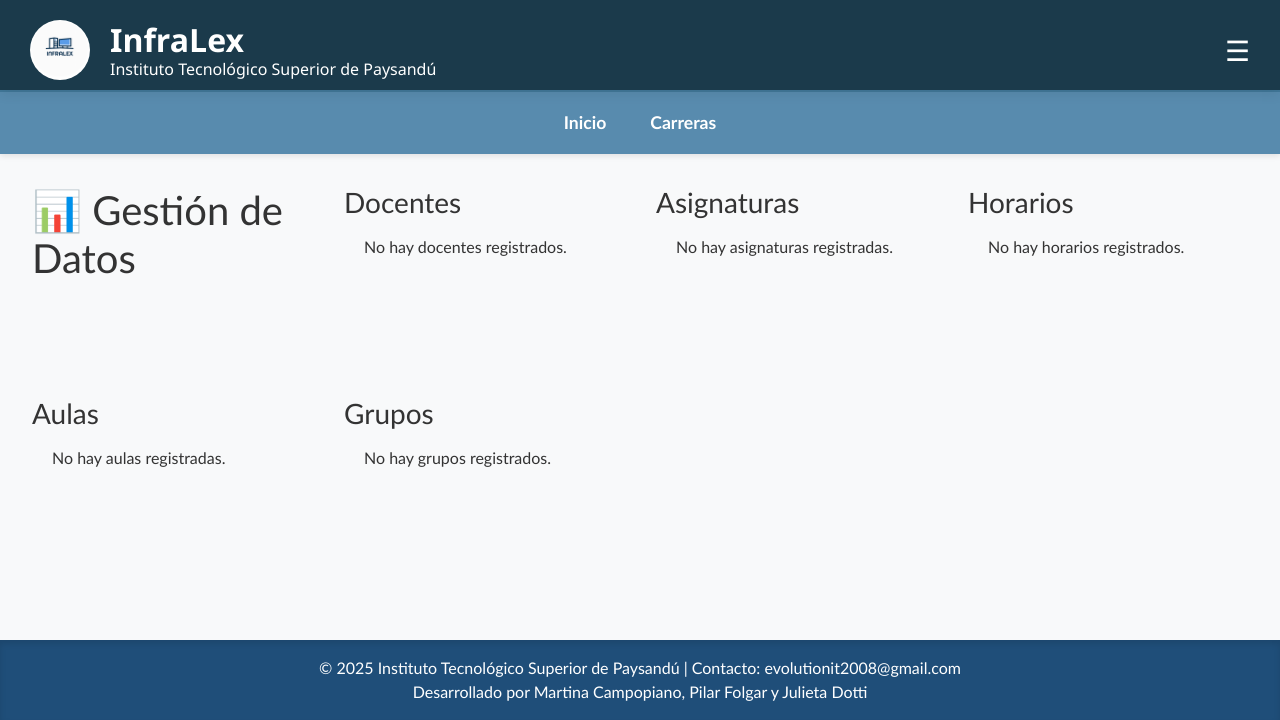
Repository: pilarfolgar/PROYECTO-2025
Page: http://localhost/PROYECTO-2025/indexadministrativoDatos.php
The author's editor kept a copy of each file at every save. The page is drawn from the files as they stood at one save, then again after the next save.
The browser window is 1280 px wide. The pictures show the whole page.
The page is run by PHP 8.4 with error messages shown; the project is at /var/www/html/. Queries for data that is not in the repository find no rows.

Above is the page before, as saved 2025-10-20 08:20:02.

### indexadministrativoDatos.php
<?php
session_start();
require("conexion.php");
$con = conectar_bd();
?>

<!DOCTYPE html>
<html lang="es">
<head>
  <meta charset="UTF-8">
  <meta name="viewport" content="width=device-width, initial-scale=1.0">
  <title>Panel Administrativo - Gestión de Datos</title>
  <link rel="stylesheet" href="https://cdn.jsdelivr.net/npm/bootstrap@5.3.7/dist/css/bootstrap.min.css">
  <link rel="stylesheet" href="style.css">
      <link rel="stylesheet" href="styleindexadministrativo.css">

  <script src="https://cdn.jsdelivr.net/npm/bootstrap@5.3.7/dist/js/bootstrap.bundle.min.js"></script>
  <script src="https://cdn.jsdelivr.net/npm/sweetalert2@11"></script>
</head>
<body>
<?php require("header.php"); ?>

<main class="contenedor">
  <h1 class="mb-4">📊 Gestión de Datos</h1>

  <!-- DOCENTES -->
  <section class="mb-5">
    <h3>Docentes</h3>
    <?php
    $sql = "SELECT * FROM usuario WHERE rol='docente' ORDER BY nombrecompleto";
    $result = $con->query($sql);
    if($result && $result->num_rows > 0):
    ?>
    <div class="table-responsive">
      <table class="table table-bordered table-striped">
        <thead class="table-dark">
          <tr>
            <th>Cédula</th>
            <th>Nombre</th>
            <th>Apellido</th>
            <th>Email</th>
            <th>Teléfono</th>
            <th>Acciones</th>
          </tr>
        </thead>
        <tbody>
        <?php while($row = $result->fetch_assoc()): ?>
          <tr>
            <td><?= $row['cedula'] ?></td>
            <td><?= htmlspecialchars($row['nombrecompleto']) ?></td>
            <td><?= htmlspecialchars($row['apellido']) ?></td>
            <td><?= htmlspecialchars($row['email']) ?></td>
            <td><?= htmlspecialchars($row['telefono']) ?></td>
            <td>
              <a href="editar-docente.php?cedula=<?= $row['cedula'] ?>" class="btn btn-sm btn-primary">Editar</a>
              <a href="eliminar-docente.php?cedula=<?= $row['cedula'] ?>" class="btn btn-sm btn-danger" onclick="return confirm('¿Seguro que deseas eliminar este docente?');">Eliminar</a>
            </td>
          </tr>
        <?php endwhile; ?>
        </tbody>
      </table>
    </div>
    <?php else: ?>
      <p>No hay docentes registrados.</p>
    <?php endif; ?>
  </section>

  <!-- ASIGNATURAS -->
  <section class="mb-5">
    <h3>Asignaturas</h3>
    <?php
    $sql = "SELECT a.*, GROUP_CONCAT(u.nombrecompleto,' ',u.apellido SEPARATOR ', ') AS docentes_asignados
            FROM asignatura a
            LEFT JOIN docente_asignatura da ON a.id_asignatura = da.id_asignatura
            LEFT JOIN usuario u ON da.cedula_docente = u.cedula
            GROUP BY a.id_asignatura
            ORDER BY a.nombre";
    $result = $con->query($sql);
    if($result && $result->num_rows > 0):
    ?>
    <div class="table-responsive">
      <table class="table table-bordered table-striped">
        <thead class="table-dark">
          <tr>
            <th>ID</th>
            <th>Nombre</th>
            <th>Código</th>
            <th>Docentes</th>
            <th>Acciones</th>
          </tr>
        </thead>
        <tbody>
        <?php while($row = $result->fetch_assoc()): ?>
          <tr>
            <td><?= $row['id_asignatura'] ?></td>
            <td><?= htmlspecialchars($row['nombre']) ?></td>
            <td><?= htmlspecialchars($row['codigo']) ?></td>
            <td><?= htmlspecialchars($row['docentes_asignados'] ?? '—') ?></td>
            <td>
              <a href="editar-asignatura.php?id=<?= $row['id_asignatura'] ?>" class="btn btn-sm btn-primary">Editar</a>
              <a href="eliminar-asignatura.php?id=<?= $row['id_asignatura'] ?>" class="btn btn-sm btn-danger" onclick="return confirm('¿Seguro que deseas eliminar esta asignatura?');">Eliminar</a>
            </td>
          </tr>
        <?php endwhile; ?>
        </tbody>
      </table>
    </div>
    <?php else: ?>
      <p>No hay asignaturas registradas.</p>
    <?php endif; ?>
  </section>

  <!-- HORARIOS -->
  <section class="mb-5">
    <h3>Horarios</h3>
    <?php
    $sql = "SELECT h.*, a.nombre AS asignatura, g.nombre AS grupo
            FROM horarios h
            LEFT JOIN asignatura a ON h.id_asignatura = a.id_asignatura
            LEFT JOIN grupo g ON h.id_grupo = g.id_grupo
            ORDER BY h.dia, h.hora_inicio";
    $result = $con->query($sql);
    if($result && $result->num_rows > 0):
    ?>
    <div class="table-responsive">
      <table class="table table-bordered table-striped">
        <thead class="table-dark">
          <tr>
            <th>ID</th>
            <th>Asignatura</th>
            <th>Día</th>
            <th>Hora Inicio</th>
            <th>Hora Fin</th>
            <th>Grupo</th>
            <th>Clase</th>
            <th>Aula</th>
            <th>Acciones</th>
          </tr>
        </thead>
        <tbody>
        <?php while($row = $result->fetch_assoc()): ?>
          <tr>
            <td><?= $row['id_horario'] ?></td>
            <td><?= htmlspecialchars($row['asignatura'] ?? '—') ?></td>
            <td><?= $row['dia'] ?></td>
            <td><?= $row['hora_inicio'] ?></td>
            <td><?= $row['hora_fin'] ?></td>
            <td><?= htmlspecialchars($row['grupo'] ?? '—') ?></td>
            <td><?= htmlspecialchars($row['clase']) ?></td>
            <td><?= htmlspecialchars($row['aula']) ?></td>
            <td>
              <a href="editar-horario.php?id=<?= $row['id_horario'] ?>" class="btn btn-sm btn-primary">Editar</a>
              <a href="eliminar-horario.php?id=<?= $row['id_horario'] ?>" class="btn btn-sm btn-danger" onclick="return confirm('¿Seguro que deseas eliminar este horario?');">Eliminar</a>
            </td>
          </tr>
        <?php endwhile; ?>
        </tbody>
      </table>
    </div>
    <?php else: ?>
      <p>No hay horarios registrados.</p>
    <?php endif; ?>
  </section>

  <!-- AULAS -->
<section class="mb-5">
  <h3>Aulas</h3>
  <?php
  $sql = "SELECT a.*,
                 GROUP_CONCAT(r.nombre SEPARATOR ', ') AS recursos
          FROM aula a
          LEFT JOIN aula_recurso ar ON a.id_aula = ar.id_aula
          LEFT JOIN recurso r ON ar.id_recurso = r.id_recurso
          GROUP BY a.id_aula
          ORDER BY a.codigo";
  $result = $con->query($sql);
  if($result && $result->num_rows > 0):
  ?>
  <div class="table-responsive">
    <table class="table table-bordered table-striped">
      <thead class="table-dark">
        <tr>
          <th>Código</th>
          <th>Capacidad</th>
          <th>Ubicación</th>
          <th>Tipo</th>
          <th>Recursos</th>
          <th>Acciones</th>
        </tr>
      </thead>
      <tbody>
      <?php while($row = $result->fetch_assoc()): ?>
        <tr>
          <td><?= htmlspecialchars($row['codigo']) ?></td>
          <td><?= htmlspecialchars($row['capacidad']) ?></td>
          <td><?= htmlspecialchars($row['ubicacion']) ?></td>
          <td><?= htmlspecialchars($row['tipo']) ?></td>
          <td><?= htmlspecialchars($row['recursos'] ?? '—') ?></td>
          <td>
            <a href="editar-aula.php?codigo=<?= urlencode($row['codigo']) ?>" class="btn btn-sm btn-primary">Editar</a>
            <a href="eliminar-aula.php?codigo=<?= urlencode($row['codigo']) ?>" class="btn btn-sm btn-danger" onclick="return confirm('¿Seguro que deseas eliminar esta aula?');">Eliminar</a>
          </td>
        </tr>
      <?php endwhile; ?>
      </tbody>
    </table>
  </div>
  <?php else: ?>
    <p>No hay aulas registradas.</p>
  <?php endif; ?>
</section>


  <!-- GRUPOS -->
  <section class="mb-5">
    <h3>Grupos</h3>
    <?php
    $sql = "SELECT g.*, GROUP_CONCAT(a.nombre SEPARATOR ', ') AS asignaturas
            FROM grupo g
            LEFT JOIN grupo_asignatura ga ON g.id_grupo = ga.id_grupo
            LEFT JOIN asignatura a ON ga.id_asignatura = a.id_asignatura
            GROUP BY g.id_grupo
            ORDER BY g.nombre";
    $result = $con->query($sql);
    if($result && $result->num_rows > 0):
    ?>
    <div class="table-responsive">
      <table class="table table-bordered table-striped">
        <thead class="table-dark">
          <tr>
            <th>ID</th>
            <th>Nombre</th>
            <th>Orientación</th>
            <th>Cant. Estudiantes</th>
            <th>Asignaturas</th>
            <th>Acciones</th>
          </tr>
        </thead>
        <tbody>
        <?php while($row = $result->fetch_assoc()): ?>
          <tr>
            <td><?= $row['id_grupo'] ?></td>
            <td><?= htmlspecialchars($row['nombre']) ?></td>
            <td><?= htmlspecialchars($row['orientacion']) ?></td>
            <td><?= $row['cantidad_estudiantes'] ?></td>
            <td><?= htmlspecialchars($row['asignaturas'] ?? '—') ?></td>
            <td>
              <a href="editar-grupo.php?id=<?= $row['id_grupo'] ?>" class="btn btn-sm btn-primary">Editar</a>
              <a href="eliminar-grupo.php?id=<?= $row['id_grupo'] ?>" class="btn btn-sm btn-danger" onclick="return confirm('¿Seguro que deseas eliminar este grupo?');">Eliminar</a>
            </td>
          </tr>
        <?php endwhile; ?>
        </tbody>
      </table>
    </div>
    <?php else: ?>
      <p>No hay grupos registrados.</p>
    <?php endif; ?>
  </section>

</main>

<?php require("footer.php"); ?>
</body>
</html>

### conexion.php
<?php

//definir variables de conexion

function conectar_bd(){

 $servidor = "127.0.0.1:3307";
$bd = "db_evolutionit";
$usuario = "root";
$pass = "";

//definir la conexion usando las variables.

$conn = mysqli_connect($servidor, $usuario, $pass, $bd);


// Comprobar la conexión
if (!$conn) {
    die("Error de conexion " . mysqli_connect_error());
}
/*echo "Conectado correctamente <hr>";*/

//devuelvo la conexion
return $conn;

}


$con= conectar_bd();

### header.php
<!-- HEADER -->
<header style="display:flex;justify-content:space-between;align-items:center;background:#1B3A4B;color:white;padding:20px 30px;position:relative; height:90px;">
  <div style="display:flex;align-items:center;gap:20px;">
    <!-- Logo redondo -->
    <img src="imagenes/logopoyecto.png" alt="Logo" style="height:60px;width:60px;border-radius:50%;">
    <!-- Título -->
    <div>
      <h1 style="margin:0;font-size:32px;font-family:'Segoe UI',sans-serif;font-weight:bold;">InfraLex</h1>
      <h6 style="margin:0;font-size:16px;font-family:'Segoe UI',sans-serif;font-weight:normal;">Instituto Tecnológico Superior de Paysandú</h6>
    </div>
  </div>
  <div style="display:flex;align-items:center;gap:15px;position:relative;">
    <!-- Botón menú desplegable -->
    <button id="menuBtn" style="font-size:28px;background:none;border:none;color:white;cursor:pointer;">☰</button>
  </div>
</header>

<!-- NAV ABAJO -->
<nav style="display:flex;justify-content:center;gap:20px;background:#588BAE;padding:12px;border-top:2px solid #417899;">
  <a href="index.php" style="color:white;text-decoration:none;padding:6px 12px;">Inicio</a>
  <a href="" style="color:white;text-decoration:none;padding:6px 12px;">Carreras</a>
</nav>

<!-- MENÚ DESPLEGABLE -->
<div id="menu" style="display:none;position:absolute;top:90px;right:30px;background:#417899;padding:12px;border-radius:8px;flex-direction:column;">
  <a href="logout.php" style="color:white;text-decoration:none;padding:8px;display:block;">Log Out</a>
  <a href="perfil.php" style="color:white;text-decoration:none;padding:8px;display:block;">Mi Perfil</a>
</div>

<script>
  // Desplegar o cerrar menú
  const btnMenu = document.getElementById('menuBtn');
  const menu = document.getElementById('menu');
  btnMenu.onclick = () => menu.style.display = menu.style.display === 'flex' ? 'none' : 'flex';
</script>

### footer.php
<?php
?>
<footer class="footer">
    &copy; 2025 Instituto Tecnológico Superior de Paysandú | Contacto: evolutionit2008@gmail.com <br>
    Desarrollado por Martina Campopiano, Pilar Folgar y Julieta Dotti
</footer>

### styleindexadministrativo.css
/* ---------------- VARIABLES DE COLORES ---------------- */
:root {
  --primario: #1f4e79;
  --secundario: #f0ad4e;
  --acento: #5a8fb0;
  --hover: #3b7d9a;
  --texto: #ffffff;
  --fondo: #f8f9fa;
}

/* ---------------- ESTILO GENERAL ---------------- */
body {
  font-family: 'Arial', sans-serif;
  background-color: var(--fondo);
  margin: 0;
  padding: 0;
  color: #333;
}

a {
  text-decoration: none;
  color: var(--primario);
}

/* ---------------- CONTENEDOR Y TARJETAS ---------------- */
.contenedor {
  display: grid;
  grid-template-columns: repeat(auto-fit, minmax(250px, 1fr));
  gap: 2rem;
  padding: 2rem;
}

.tarjeta {
  background-color: white;
  border-radius: 12px;
  box-shadow: 0 2px 6px rgba(0, 0, 0, 0.05);
  padding: 1.5rem;
  transition: transform 0.3s, box-shadow 0.3s;
}

.tarjeta:hover {
  transform: translateY(-8px) scale(1.02);
  box-shadow: 0 12px 24px rgba(0, 0, 0, 0.1), 0 4px 12px rgba(0, 0, 0, 0.08);
}

.tarjeta h3 {
  color: var(--primario);
  margin-bottom: 0.5rem;
}

/* ---------------- BOTONES ---------------- */
.boton {
  margin-top: 1rem;
  background-color: var(--acento);
  color: var(--texto);
  padding: 0.5rem 1rem;
  border: none;
  border-radius: 6px;
  font-weight: bold;
  cursor: pointer;
  transition: background 0.3s, transform 0.2s;
  display: inline-block;
}

.boton:hover {
  background-color: var(--hover);
  transform: translateY(-2px);
}

/* ---------------- MODALES ---------------- */
.modal-content {
  border-radius: 15px;
}

.modal-header {
  background: var(--primario);
  color: var(--texto);
}

.modal-footer .btn-secondary {
  background-color: var(--secundario);
  border-color: var(--secundario);
  color: var(--texto);
}

.modal-footer .btn-secondary:hover {
  background-color: var(--hover);
  border-color: var(--hover);
}

/* ---------------- FORMULARIOS ADMINISTRATIVOS ---------------- */
.formulario {
  position: fixed;
  top: 50%;
  left: 50%;
  transform: translate(-50%, -50%);
  background: #fff;
  padding: 2rem;
  border-radius: 10px;
  width: 90%;
  max-width: 400px;
  display: none;
  z-index: 1000;
}

.formulario .form-title {
  color: var(--primario);
  font-weight: bold;
  margin-bottom: 1.5rem;
  text-align: center;
}

.formulario .cerrar {
  position: absolute;
  top: 10px;
  right: 10px;
  background: none;
  border: none;
  font-size: 1.2rem;
  cursor: pointer;
}

.formulario form .form-control,
.formulario form .form-select {
  border: 1px solid var(--secundario);
  border-radius: 6px;
  padding: 0.75rem;
  background-color: white;
  color: #000;
  transition: border-color 0.3s, box-shadow 0.3s;
}

.formulario form .form-control:focus,
.formulario form .form-select:focus {
  border-color: var(--hover);
  box-shadow: 0 0 0 0.2rem rgba(89, 143, 176, 0.25);
  outline: none;
}

/* ---------------- FOOTER ---------------- */
footer {
  background-color: var(--primario);
  color: var(--texto);
  text-align: center;
  padding: 1.5rem 1rem;
  margin-top: 2rem;
  font-size: 0.9rem;
}

footer a {
  color: var(--secundario);
  text-decoration: underline;
  transition: color 0.3s;
}

footer a:hover {
  color: var(--hover);
}

Loaded but not shown: style.css (905 lines, source omitted)

After the next save:
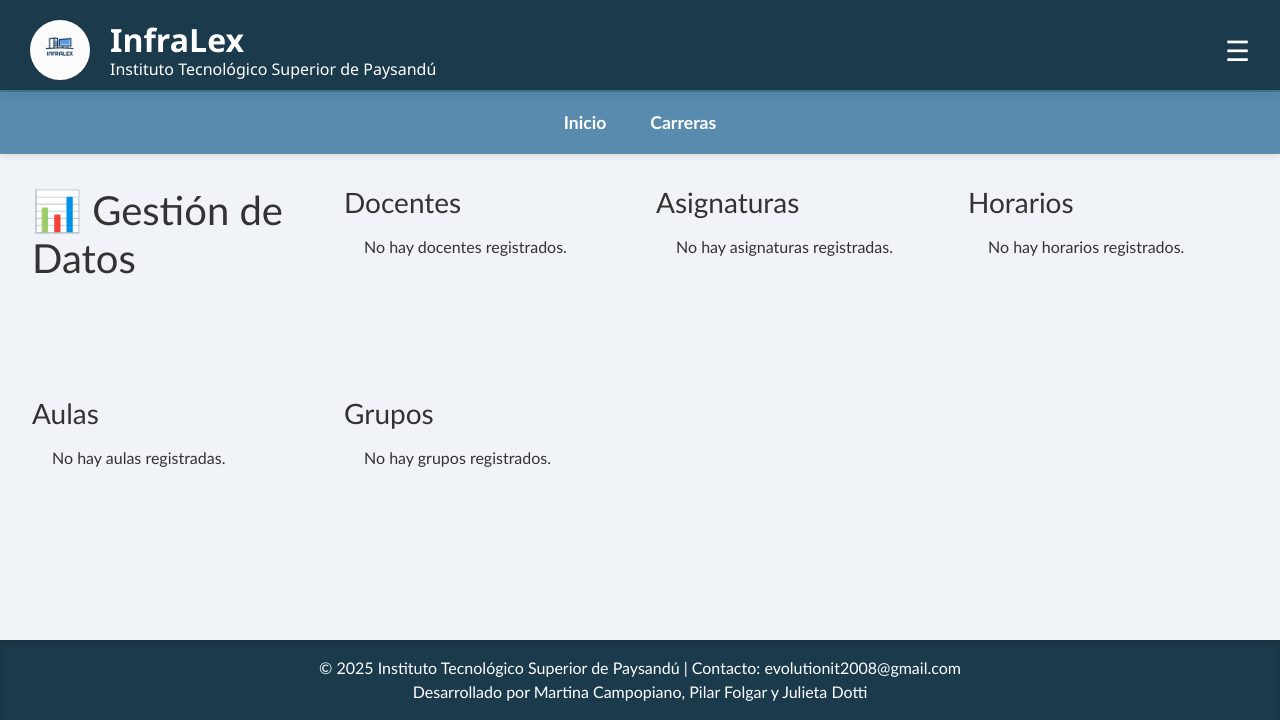
Saved 28 s later.
--- a/styleindexadministrativo.css
+++ b/styleindexadministrativo.css
@@ -1,13 +1,11 @@
-/* ---------------- VARIABLES DE COLORES ---------------- */
 :root {
-  --primario: #1f4e79;
-  --secundario: #f0ad4e;
-  --acento: #5a8fb0;
-  --hover: #3b7d9a;
-  --texto: #ffffff;
-  --fondo: #f8f9fa;
+  --primario: #1B3A4B;     /* Azul oscuro: profesionalismo y confianza */
+  --secundario: #588BAE;   /* Azul medio: serenidad y organización */
+  --acento: #A2D5F2;       /* Azul claro: originalidad y frescura */
+  --fondo: #F0F4F8;        /* Gris muy claro: limpieza y tranquilidad */
+  --texto: #1B3A4B;        /* Texto oscuro para legibilidad */
+  --hover: #417899;        /* Azul intermedio para interacciones */
 }
-
 /* ---------------- ESTILO GENERAL ---------------- */
 body {
   font-family: 'Arial', sans-serif;
